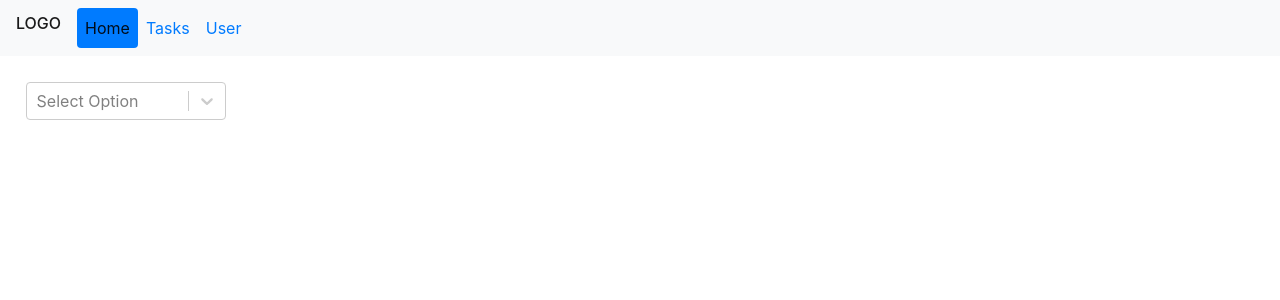
Repository: lalji-yadav/Nimapinfotech-demo-project
Page: /
An editor plug-in stored every save of this project. The page is shown before and after the next save, followed by the edit.
The browser window is 1280 px wide. The pictures show the whole page.
The project was rebuilt for these pictures with package versions that can differ from the ones it lists, and the page was loaded fresh each time. Also part of the build but not shown: src/App.css, src/components/Tasks.js, src/components/Users.js, src/components/Login.js.

Above is the page before, as saved 2021-01-17 17:00:18.

After the next save:
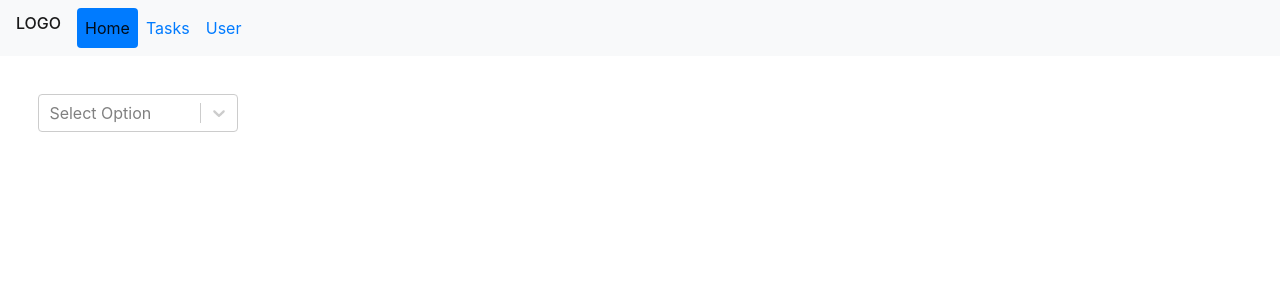
Saved 14 s later.
--- a/src/components/Home.js
+++ b/src/components/Home.js
@@ -29,7 +29,7 @@ const Home=()=> {
       }
 
         return (
-            <div style={{padding:"2%"}}>
+            <div style={{padding:"3%"}}>
                 <div style={{width:"200px"}}>
                 <Select
                     placeholder="Select Option"
